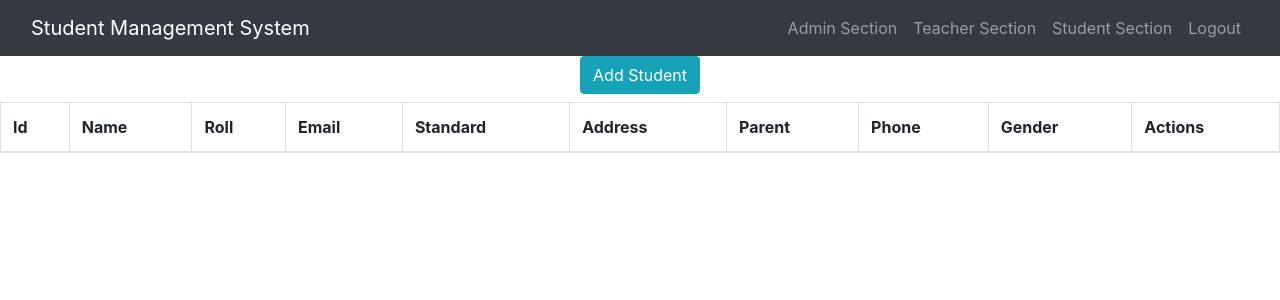
Repository: arupmaji404/StudentManagementSystem
Page: http://localhost/admin/studentcontrol
An editor plug-in stored every save of this project. The page is shown before and after the next save, followed by the edit.
The browser window is 1280 px wide. The pictures show the whole page.
The page is this project's Thymeleaf template; nobody is signed in. The template is opened directly, without the code that normally fills it, so the values that code supplies are empty.

Above is the page before, as saved 2022-09-20 15:54:06.

### StudentManagementSystem/src/main/resources/templates/admin/studentcontrol.html

<!DOCTYPE html>
<html lang="en" xmlns:th="http://www.thymeleaf.org">
<head>
<meta charset="ISO-8859-1">
<title>All Students</title>
<link rel="stylesheet"
	href="https://stackpath.bootstrapcdn.com/bootstrap/4.1.3/css/bootstrap.min.css"
	integrity="sha384-MCw98/SFnGE8fJT3GXwEOngsV7Zt27NXFoaoApmYm81iuXoPkFOJwJ8ERdknLPMO"
	crossorigin="anonymous">
</head>
<body>
	<div th:insert="navbar :: navbar"></div>
	<div class="text-center mb-2">
		<a th:href="@{/admin/addStudentForm}" class="btn btn-info">Add Student</a>
	</div>

	<table class="table table-bordered table-striped">
		<thead>
			<tr>
				<th>Id</th>
				<th>Name</th>
				<th>Roll</th>
				<th>Email</th>
				<th>Standard</th>
				<th>Address</th>
				<th>Parent</th>
				<th>Phone</th>
				<th>Gender</th>
				<th>Actions</th>
			</tr>
		</thead>
		<tbody class = "text-center">
			<tr th:if="${students.empty}">
				<td colspan="10">No Students Available</td>
			</tr>
			<tr th:each="student : ${students}">
				<td><span th:text="${student.id}"> Id </span></td>
				<td><span th:text="${student.name}"> Name </span></td>
				<td><span th:text="${student.roll}"> Roll </span></td>
				<td><span th:text="${student.email}"> Email </span></td>
				<td><span th:text="${student.standard}"> Standard </span></td>
				<td><span th:text="${student.address}"> Address </span></td>
				<td><span th:text="${student.parent}"> Parent </span></td>
				<td><span th:text="${student.phno}"> Phone </span></td>
				<td><span th:text="${student.gender}"> Gender </span></td>


				<td><a th:href="@{/admin/showStudentUpdateForm(studentId=${student.id})}"
					class="btn btn-info">Update</a> <a
					th:href="@{/admin/deleteStudent(studentId=${student.id})}"
					class="btn btn-danger m1-2">Delete</a></td>
			</tr>
		</tbody>
	</table>
</body>
</html>

### StudentManagementSystem/src/main/resources/templates/navbar.html
<!DOCTYPE html>
<html xmlns:th="http://www.thymeleaf.org">
<head>
    <meta charset="UTF-8">
    <title>Admin Navigation Bar</title>

</head>
<body>

<nav th:fragment="navbar" class="navbar navbar-expand-md bg-dark navbar-dark">
    <div class="container-fluid">
        <div class="navbar-header">
            <a class="navbar-brand" th:href="@{/admin/adminIndex}">Student Management System</a>
        </div>
        <ul class="nav navbar-nav">
            <li><a class="nav-link" th:href="@{/admin/admin-control}">Admin Section</a></li>

            <li><a class="nav-link" th:href="@{/admin/teacher-control}">Teacher Section</a></li>

            <li><a class="nav-link" th:href="@{/admin/student-control}">Student Section</a></li>

        	<li><a class="nav-link" th:href="@{/logout}">Logout</a></li>
        </ul>
    </div>
</nav>

</body>
</html>

After the next save:
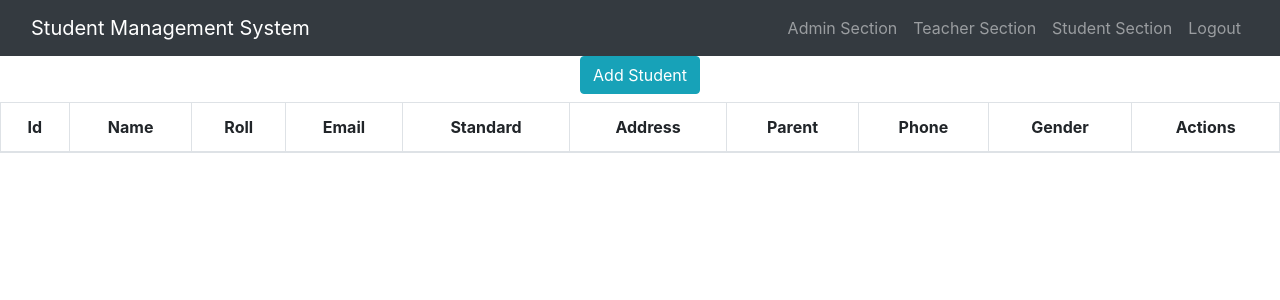
Saved 34 s later.
--- a/StudentManagementSystem/src/main/resources/templates/admin/studentcontrol.html
+++ b/StudentManagementSystem/src/main/resources/templates/admin/studentcontrol.html
@@ -15,7 +15,7 @@
 		<a th:href="@{/admin/addStudentForm}" class="btn btn-info">Add Student</a>
 	</div>
 
-	<table class="table table-bordered table-striped">
+	<table class="table table-bordered table-striped text-center">
 		<thead>
 			<tr>
 				<th>Id</th>
@@ -30,7 +30,7 @@
 				<th>Actions</th>
 			</tr>
 		</thead>
-		<tbody class = "text-center">
+		<tbody>
 			<tr th:if="${students.empty}">
 				<td colspan="10">No Students Available</td>
 			</tr>
